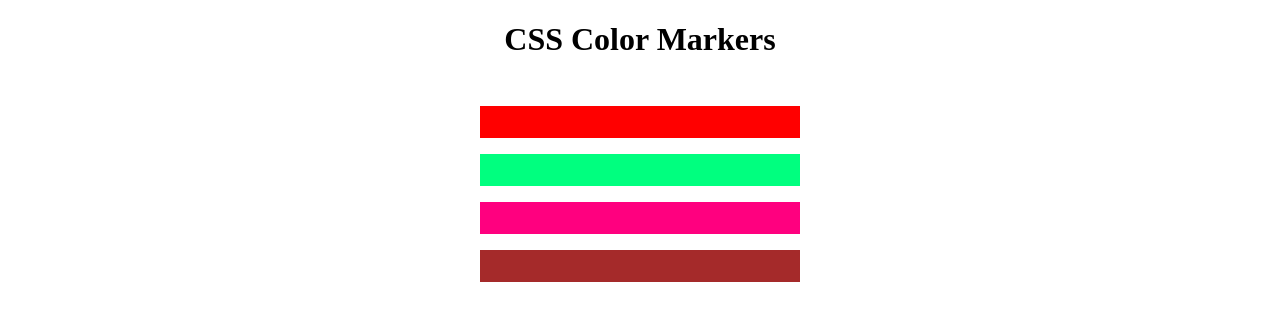
Repository: Lungdjos/color_markers
Page: index.html
These files come from the project's save history. The page is drawn as it stood at one moment and after the next save; the edit follows.
The browser window is 1280 px wide. The pictures show the whole page.

Above is the page before, as saved 2023-09-13 11:21:38.

After the next save:
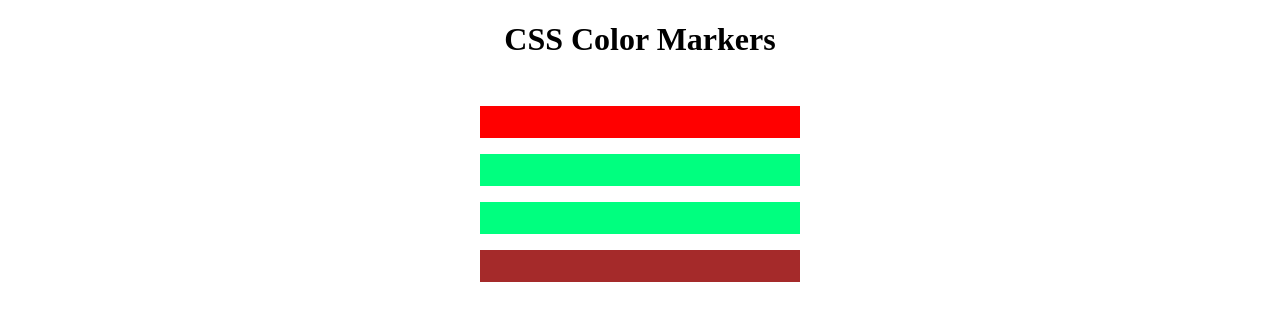
Saved 15 s later.
--- a/styles.css
+++ b/styles.css
@@ -20,7 +20,7 @@ h1 {
 }
 
 .three {
-    background-color: rgb(255, 0, 127);
+    background-color: rgb(0, 255, 127);
 }
 
 .four {
